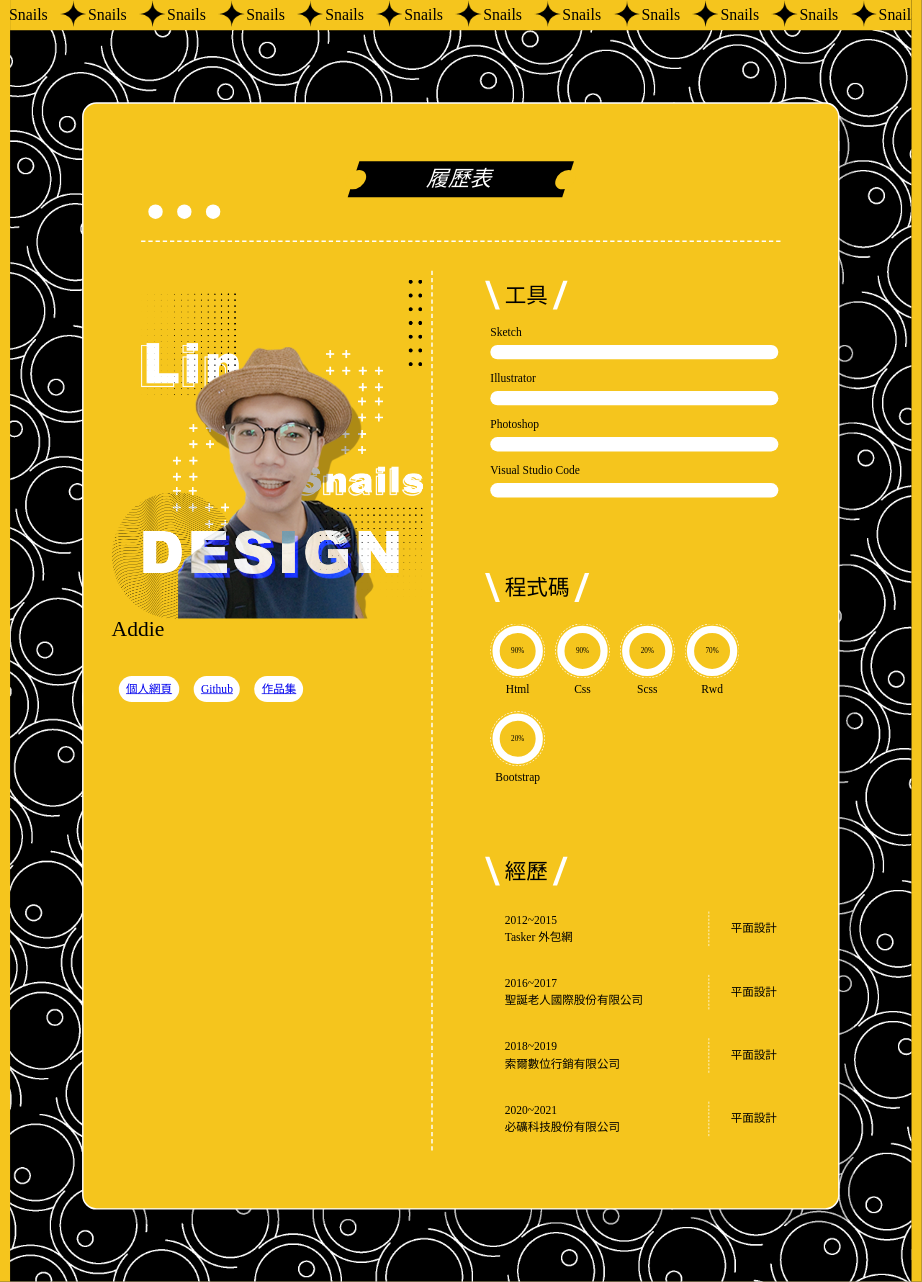
Repository: addie1988/resume
Page: index.html
An editor plug-in stored every save of this project. The page is shown before and after the next save, followed by the edit.
The browser window is 1280 px wide. The pictures show the whole page, at 72% of full size.

Above is the page before, as saved 2021-11-24 11:54:00.
Not found: js/style.js

After the next save:
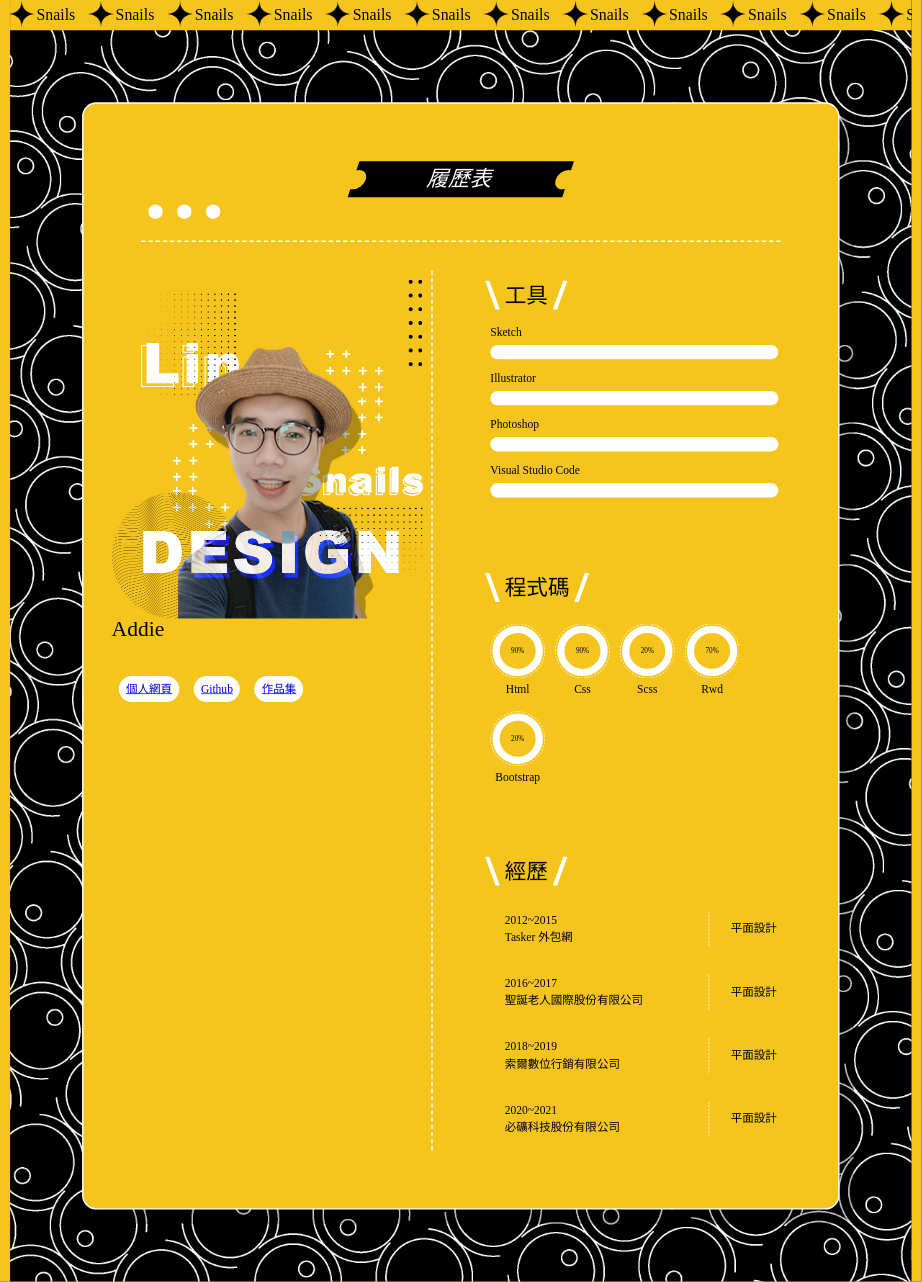
Saved 6 s later.
--- a/css/style.css
+++ b/css/style.css
@@ -173,8 +173,8 @@ table {
   position: var(--position);
   font-family: serif;
   font-size: 22px;
-  animation: Carousel_content_move 90s infinite;
-  -webkit-animation: Carousel_content_move 90s infinite;
+  animation: Carousel_content_move 70s infinite;
+  -webkit-animation: Carousel_content_move 70s infinite;
 }
 
 @keyframes Carousel_content_move {
